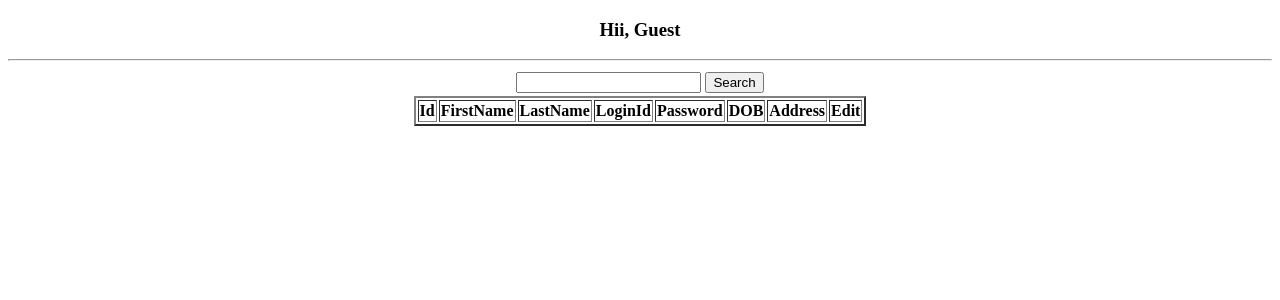
Repository: Jatdevta/AdvanceJava
Page: http://localhost/DynamicProject/UserListCtl
These files come from the project's save history. The page is drawn as it stood at one moment and after the next save; the edit follows.
The browser window is 1280 px wide. The pictures show the whole page.
The page is served by Tomcat 9. Other server files are loaded and not shown. Queries for data that is not in the repository find no rows.

Above is the page before, as saved 2023-08-22 08:31:11.

### Advancejava/DynamicProject/WebContent/UserListView.jsp
<%@page import="java.util.List"%>
<%@page import="java.util.Iterator"%>
<%@ page language="java" contentType="text/html; charset=ISO-8859-1"
	pageEncoding="ISO-8859-1"%>
<!DOCTYPE html>
<html>
<head>
<center>
	<meta charset="ISO-8859-1">
	<title>Insert title here</title>
</head>
<body>
	<form action="UserListCtl"method="post">

		<%@ include file="Header.jsp"%>
		<%
			List list = (List) request.getAttribute("list");
			Iterator it = list.iterator();
		%>
		<table>
			<tr>
				<th><input type="text"name="FirstName"></th>
				<td><input type="submit" name="operation" value="Search"></td>

			</tr>
		</table>


		<table border="2">


			<tr>

				<th>Id</th>
				<th>FirstName</th>
				<th>LastName</th>
				<th>LoginId</th>
				<th>Password</th>
				<th>DOB</th>
				<th>Address</th>
				<th>Edit</th>

			</tr>
			<%
				while (it.hasNext()) {
					bean = (UserBean) it.next();
			%>
			<tr>


				<td><%=bean.getId()%></td>
				<td><%=bean.getFirstName()%></td>
				<td><%=bean.getLastName()%></td>
				<td><%=bean.getLoginId()%></td>
				<td><%=bean.getPassword()%></td>
				<td><%=bean.getDob()%></td>
				<td><%=bean.getAddress()%></td>
				<td><a href="UserCtl?id=<%=bean.getId()%>">edit</a></td>
			</tr>
			<%
				}
			%>

			</center>
		</table>
	</form>
</body>
</html>

### Advancejava/DynamicProject/WebContent/Header.jsp
<%@page import="in.co.rays.model.UserModel"%>
<%@page import="in.co.rays.bean.UserBean"%>
<%@ page language="java" contentType="text/html; charset=ISO-8859-1"
	pageEncoding="ISO-8859-1"%>
<!DOCTYPE html>
<html>
<head>
<meta charset="ISO-8859-1">
<title>Insert title here</title>
</head>
<body>
	<%
		UserBean bean = (UserBean) session.getAttribute("user");

	%>

	<%
	if(bean !=null) {

	%>
	<h3>
		Hi....!!!,
		<%=bean.getFirstName()  %>   </h3>
	<a href="UserListCtl">UserList</a>
	<a a href= "MarksheetListCtl">MarkList</a>
<a href="LoginCtl?operation=Logout">Logout</a>
	<a href="LoginCtl?operation=Logout">Logout </a>

	<%} else { %>

	<h3>Hii, Guest</h3>
	<%} %>
	<hr>

</body>
</html>

### Advancejava/DynamicProject/src/in/co/rays/ctl/UserListCtl.java
package in.co.rays.ctl;

import java.io.IOException;
import java.util.List;

import javax.servlet.RequestDispatcher;
import javax.servlet.ServletException;
import javax.servlet.annotation.WebServlet;
import javax.servlet.http.HttpServlet;
import javax.servlet.http.HttpServletRequest;
import javax.servlet.http.HttpServletResponse;

import in.co.rays.bean.UserBean;
import in.co.rays.model.UserModel;

@WebServlet("/UserListCtl")
public class UserListCtl extends HttpServlet {

	@Override
	protected void doGet(HttpServletRequest req, HttpServletResponse resp) throws ServletException, IOException {

		UserModel model = new UserModel();
		try {

			List list = model.search(null, 1, 5);
			req.setAttribute("list", list);
			RequestDispatcher rd = req.getRequestDispatcher("UserListView.jsp");
			rd.forward(req, resp);

		} catch (Exception e) {
			e.printStackTrace();
		}

	}

	@Override
	protected void doPost(HttpServletRequest req, HttpServletResponse resp) throws ServletException, IOException {

		String FirstName = req.getParameter("FirstName");
		UserBean bean = new UserBean();
		bean.setFirstName(FirstName);
		UserModel model = new UserModel();

		try {
			List list = model.search(bean, 1, 5);
         req.setAttribute("list", list);
			RequestDispatcher rd = req.getRequestDispatcher("UserListView.jsp");
         rd.forward(req, resp);

		} catch (Exception e) {
			// TODO Auto-generated catch block
			e.printStackTrace();
		}

	}

}

### Advancejava/DynamicProject/src/in/co/rays/model/UserModel.java
package in.co.rays.model;

import java.sql.Connection;
import java.sql.DriverManager;
import java.sql.PreparedStatement;
import java.sql.ResultSet;
import java.util.ArrayList;
import java.util.List;

import in.co.rays.bean.UserBean;
import in.co.rays.util.JDBCDataSource;

public class UserModel {

	public Integer nextPk() throws Exception {
		int Pk = 0;

		Class.forName("com.mysql.cj.jdbc.Driver");
		Connection cn = DriverManager.getConnection("jdbc:mysql://localhost:3306/advance_java", "root", "root");

	//	Connection cn = JDBCDataSource.getConnection();


		PreparedStatement ps = cn.prepareStatement("select max(id) from user");

		ResultSet rs = ps.executeQuery();

		while (rs.next()) {

			Pk = rs.getInt(1);
		}

		return Pk + 1;

	}

	public void add(UserBean bean) throws Exception {

		Class.forName("com.mysql.cj.jdbc.Driver");

		Connection cn = DriverManager.getConnection("jdbc:mysql://localhost:3306/advance_java", "root", "root");
		PreparedStatement ps = cn.prepareStatement("insert into user values(?,?,?,?,?,?,?)");
		ps.setInt(1, nextPk());
		// ps.setInt(1,bean.getId());
		ps.setString(2, bean.getFirstName());
		ps.setString(3, bean.getLastName());
		ps.setString(4, bean.getLoginId());
		ps.setString(5, bean.getPassword());
     	ps.setDate(6, new java.sql.Date(bean.getDob().getTime()));
    	ps.setString(7, bean.getAddress());


		int i = ps.executeUpdate();

		System.out.println("Data inserted " + i);
	}

	public void update(UserBean bean) throws Exception {
		Class.forName("com.mysql.cj.jdbc.Driver");

		Connection cn = DriverManager.getConnection("jdbc:mysql://localhost:3306/advance_java", "root", "root");
		PreparedStatement ps = cn.prepareStatement("update user set FirstName =?,LastName = ?,LoginId = ?,Password = ?,DOB = ?,Address = ? where id = ?");

		ps.setString(1, bean.getFirstName());
		ps.setString(2, bean.getLastName());
		ps.setString(3, bean.getLoginId());
		ps.setString(4, bean.getPassword());
	   ps.setDate(5, new java.sql.Date(bean.getDob().getTime()));
		ps.setString(6, bean.getAddress());
		ps.setInt(7, bean.getId());

		int i = ps.executeUpdate();

		System.out.println("Data updated " + i);

	}

	public UserBean findByPk(int id) throws Exception {

		Class.forName("com.mysql.cj.jdbc.Driver");
		Connection con = DriverManager.getConnection("jdbc:mysql://localhost:3306/advance_java", "root", "root");
		PreparedStatement ps = con.prepareStatement("select * from user where id =?");

		ps.setInt(1, id);

		ResultSet rs = ps.executeQuery();

		UserBean bean = null;

		while (rs.next()) {
			bean = new UserBean();

			bean.setId(rs.getInt(1));
			bean.setFirstName(rs.getString(2));
			bean.setLastName(rs.getString(3));
			bean.setLoginId(rs.getString(4));
			bean.setPassword(rs.getString(5));
			bean.setDob(rs.getDate(6));
			bean.setAddress(rs.getString(7));


		}
		return bean;

	}




	public List search(UserBean bean, int pageNo, int pageSize) throws Exception {

		Class.forName("com.mysql.cj.jdbc.Driver");

		Connection conn = DriverManager.getConnection("jdbc:mysql://localhost:3306/advance_java", "root", "root");

		StringBuffer sql = new StringBuffer("select * from user where 1=1");

		if (bean != null) {

			if (bean.getFirstName() != null && bean.getFirstName().length() > 0) {

				sql.append(" and FirstName like '" + bean.getFirstName() + "%'");

			}
			if (bean.getId() != 0 && bean.getId() > 0) {

				sql.append(" and id = " + bean.getId());

			}
			if (bean.getLoginId() != null && bean.getLoginId().length() > 0) {

				sql.append(" and LoginId like '" + bean.getLoginId() + "%'");
			}

			if (bean.getDob() != null && bean.getDob().getTime() > 0) {

				sql.append(" and DOB like '" + new java.sql.Date(bean.getDob().getTime()) + "%'");

			}
			if (bean.getAddress() != null && bean.getAddress().length()>0) {
				sql.append(" and Address like '" + bean.getAddress() + "%'");
			}

		}
			if (pageSize > 0) {

				pageNo = (pageNo - 1) * pageSize;

				sql.append(" limit " + pageNo + " , " + pageSize);


		}

		System.out.println(sql.toString());

		PreparedStatement ps = conn.prepareStatement(sql.toString());

		ResultSet rs = ps.executeQuery();

		List list = new ArrayList();

		while (rs.next()) {

			bean = new UserBean();
			bean.setId(rs.getInt(1));
			bean.setFirstName(rs.getString(2));
			bean.setLastName(rs.getString(3));
			bean.setLoginId(rs.getString(4));
			bean.setPassword(rs.getString(5));
			bean.setDob(rs.getDate(6));
			bean.setAddress(rs.getString(7));

			list.add(bean);

		}

		return list;

	}

	public UserBean findByloginId(String loginId) throws Exception {

		Class.forName("com.mysql.cj.jdbc.Driver");
		Connection con = DriverManager.getConnection("jdbc:mysql://localhost:3306/advance_java", "root", "root");
		PreparedStatement ps = con.prepareStatement("select * from user where loginId =?");

		ps.setString(1, loginId);


		ResultSet rs = ps.executeQuery();

		UserBean bean = null;

		while (rs.next()) {
			bean = new UserBean();

			bean.setId(rs.getInt(1));
			bean.setFirstName(rs.getString(2));
			bean.setLastName(rs.getString(3));
			bean.setLoginId(rs.getString(4));
			bean.setPassword(rs.getString(5));
			bean.setDob(rs.getDate(6));
			bean.setAddress(rs.getString(7));


		}
		return bean;

	}

	public UserBean authenticate(String loginId,String password) throws Exception {

		Class.forName("com.mysql.cj.jdbc.Driver");
		Connection con = DriverManager.getConnection("jdbc:mysql://localhost:3306/advance_java", "root", "root");
		PreparedStatement ps = con.prepareStatement("select * from user where LoginId =? and Password =?");

		ps.setString(1, loginId);
		ps.setString(2, password);

		ResultSet rs = ps.executeQuery();

		UserBean bean = null;

		while (rs.next()) {
			bean = new UserBean();

			bean.setId(rs.getInt(1));
			bean.setFirstName(rs.getString(2));
			bean.setLastName(rs.getString(3));
			bean.setLoginId(rs.getString(4));
			bean.setPassword(rs.getString(5));
			bean.setDob(rs.getDate(6));
			bean.setAddress(rs.getString(7));


		}
		return bean;

	}
public void delete(int id) throws Exception {

		Connection con = JDBCDataSource.getConnection();

		PreparedStatement ps = con.prepareStatement("Delete from user where id =?");

		ps.setInt(1, id);

		int i  = ps.executeUpdate();
		 System.out.println("Data Deleted = "+i);

}
}

After the next save:
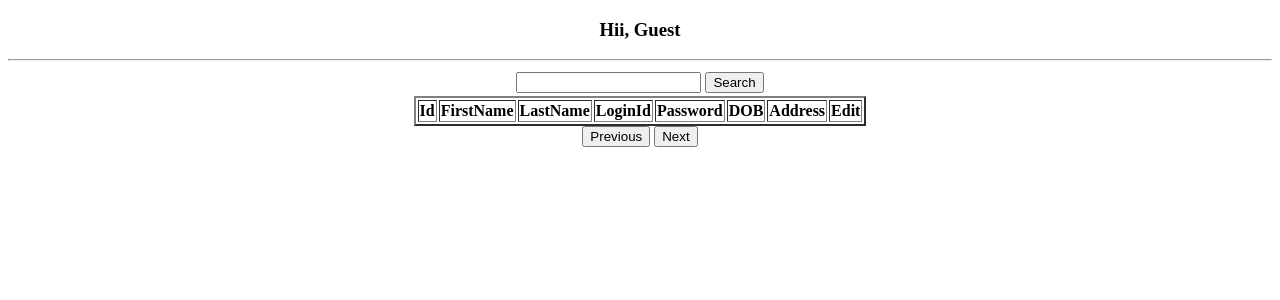
Saved 34 min 13 s later.
--- a/Advancejava/DynamicProject/WebContent/UserListView.jsp
+++ b/Advancejava/DynamicProject/WebContent/UserListView.jsp
@@ -63,6 +63,16 @@
 
 			</center>
 		</table>
+
+		<tr>
+
+
+				<td><input type="submit" name="operation" value="Previous"></td>
+				<td><input type="submit" name="operation" value="Next"></td>
+
+
+		</tr>
+
 	</form>
 </body>
 </html>
